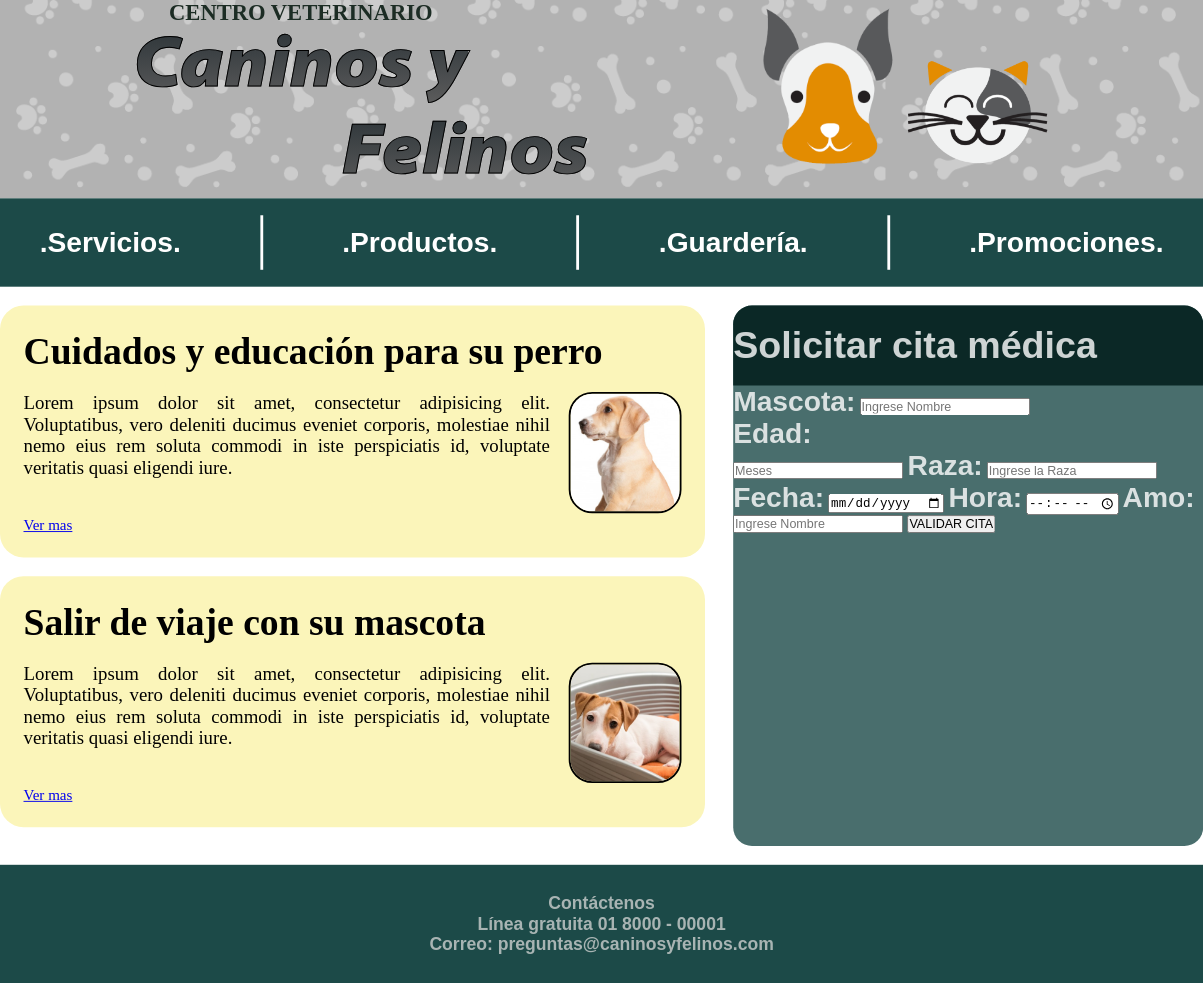
Repository: mariomr87/senaweb01
Page: principal.html
The author's editor kept a copy of each file at every save. The page is drawn from the files as they stood at one save, then again after the next save.
The browser window is 1280 px wide. The pictures show the whole page, at 94% of full size.

Above is the page before, as saved 2021-10-23 13:30:26.

### principal.html
<!DOCTYPE html>
<html lang="en">
<head>
    <meta charset="UTF-8">
    <meta http-equiv="X-UA-Compatible" content="IE=edge">
    <meta name="viewport" content="width=device-width, initial-scale=1.0">
    <link rel="stylesheet" href="estilos.css">
    <title>Document</title>
</head>
<body>
    <div>
        <header>
            <div id="cabecera">
                <div class="header-text">
                    <h3>CENTRO VETERINARIO</h3>
                    <h1><span id="header-text-degrad">Caninos y <br><span id="text-felinos">Felinos</span></spa></h1>
                </div>
                <div class="header-img">
                    <img src="./imagenes/dog_white.png" alt="">
                    <img src="./imagenes/cat_white.png" alt="">
                </div>
            </div>
        </header>
        <nav>
            <td>
                <tr><a href="">.Servicios.</a><span class="linea"></span></tr>
                <tr><a href="">.Productos.</a><span class="linea"></span></tr>
                <tr><a href="">.Guardería.</a><span class="linea"></span></tr>
                <tr><a href="">.Promociones.</a></tr>
            </td>
        </nav>
        <div class="centro-pag">
            <section>
                <article>
                    <h2>Cuidados y educación para su perro</h2>
                    <div class="centropag-texto">
                        <p>Lorem ipsum dolor sit amet, consectetur adipisicing elit. Voluptatibus, vero deleniti ducimus eveniet corporis, molestiae nihil nemo eius rem soluta commodi in iste perspiciatis id, voluptate veritatis quasi eligendi iure.</p>
                        <div><img src="./imagenes/perro1.png" alt=""></div>
                    </div>
                    <a href="#">Ver mas</a>
                </article>
                <article>
                    <h2>Salir de viaje con su mascota</h2>
                    <div class="centropag-texto">
                        <p>Lorem ipsum dolor sit amet, consectetur adipisicing elit. Voluptatibus, vero deleniti ducimus eveniet corporis, molestiae nihil nemo eius rem soluta commodi in iste perspiciatis id, voluptate veritatis quasi eligendi iure.</p>
                        <div><img src="./imagenes/perro2.png" alt=""></div>
                    </div>
                    <a href="#">Ver mas</a>
                </article>
            </section>
            <aside>
                <form action="">
                    <div><h2>Solicitar cita médica</h2></div>
                    <div class="cuestionario">
                        <label for="mascota_name">Mascota:</label>
                        <input type="text" placeholder="Ingrese Nombre" id=""><br>

                        <label for="age_pet">Edad:</label><br>
                        <input type="number" name="" id="" placeholder="Meses">

                        <label for="raza_pet">Raza:</label>
                        <input type="text" name="" id="" placeholder="Ingrese la Raza">

                        <label for="fecha_ingreso_pet">Fecha:</label>
                        <input type="date" name="" id="">

                        <label for="hora_ingreso_pet">Hora:</label>
                        <input type="time" name="" id="">

                        <label for="amo_pet">Amo:</label>
                        <input type="text" name="" id="" placeholder="Ingrese Nombre">

                        <button type="submit">VALIDAR CITA</button>
                    </div>
                </form>
            </aside>
        </div>
        <footer>
            <h3>Contáctenos</h3>
            <h3>Línea gratuita 01 8000 - 00001</h3>
            <h3>Correo: preguntas@caninosyfelinos.com</h3>
        </footer>
    </div>
</body>
</html>

### estilos.css
*{
    margin: 0px;
    padding: 0px;
    box-sizing:border-box;
}

@font-face {
    font-family: Myriad_Pro ;
    src: url(./extra/MyriadProBlackSemiExtendedItalic.otf);
}

h1{
    font-family: Myriad_pro;
}

header div img{
    width: 10em;
}

#cabecera{
    background-image: url("./imagenes/fondo.png");
    background-repeat: initial;
    width: 100%;
    display: flex;
    text-align: center;
}

.header-text,.header-img{
    width:50%;
}

.header-text h3{
    font-size: 1.5em;
    color:#1c2c24;
}

.header-text h1{
    font-size: 4.8em;
}

#header-text-degrad{
    background: linear-gradient(#30373b,#5c5c5c);
    -webkit-background-clip: text;
    -webkit-text-fill-color: transparent;
    -webkit-text-stroke: 1px black;
}

#text-felinos{
    margin-left: 350px;
}

nav{
    display: flex;
    flex-direction: row;
    justify-content: space-around;
    background: #1c4a48;
    margin-bottom: 20px;
}

nav a{
    color: #fff;
    font-weight: bold;
    text-decoration: none;
    font-size: 30px;
    font-family: Arial, Helvetica, sans-serif;
    padding: 30px 0;
}

.linea{
    border-right: 3px solid #fff;
    margin: 18px 0;
}

.centro-pag{
    display: flex;
}

.centropag-texto{
    display: flex;
    padding-top: 20px;
}

section{
    width: 60%;
    margin-right: 30px;
}

article{
    background: #fbf5ba;
    margin-bottom: 20px;
    padding: 25px;
    border-radius: 25px;
}

article h2{
    font-size: 40px;
}

article p{
    font-size: 20px;
    text-align: justify;
    padding-right: 20px;
}

article div img {
    width: 120px;
    border: 2px solid black;
    border-radius: 25px;
}

form  div h2{
    background:#0b2826 ;
    border-radius: 20px 20px 0 0;
    color: #ced4d4;
    font-size: 40px;
    padding: 20px 0;
}

aside{
    font-family: Arial, Helvetica, sans-serif;
    background: #496e6d;
    width: 40%;
    border-radius: 20px;
}

form label{
    font-weight:bold;
    font-size: 30px;
    color: #dae1e1 ;
}

footer{
    text-align: center;
    background: #1c4a48;
    color: #a8b4b3;
    padding: 30px 0;
    font-family: Arial, Helvetica, sans-serif;
    margin-top: 20px;
}

After the next save:
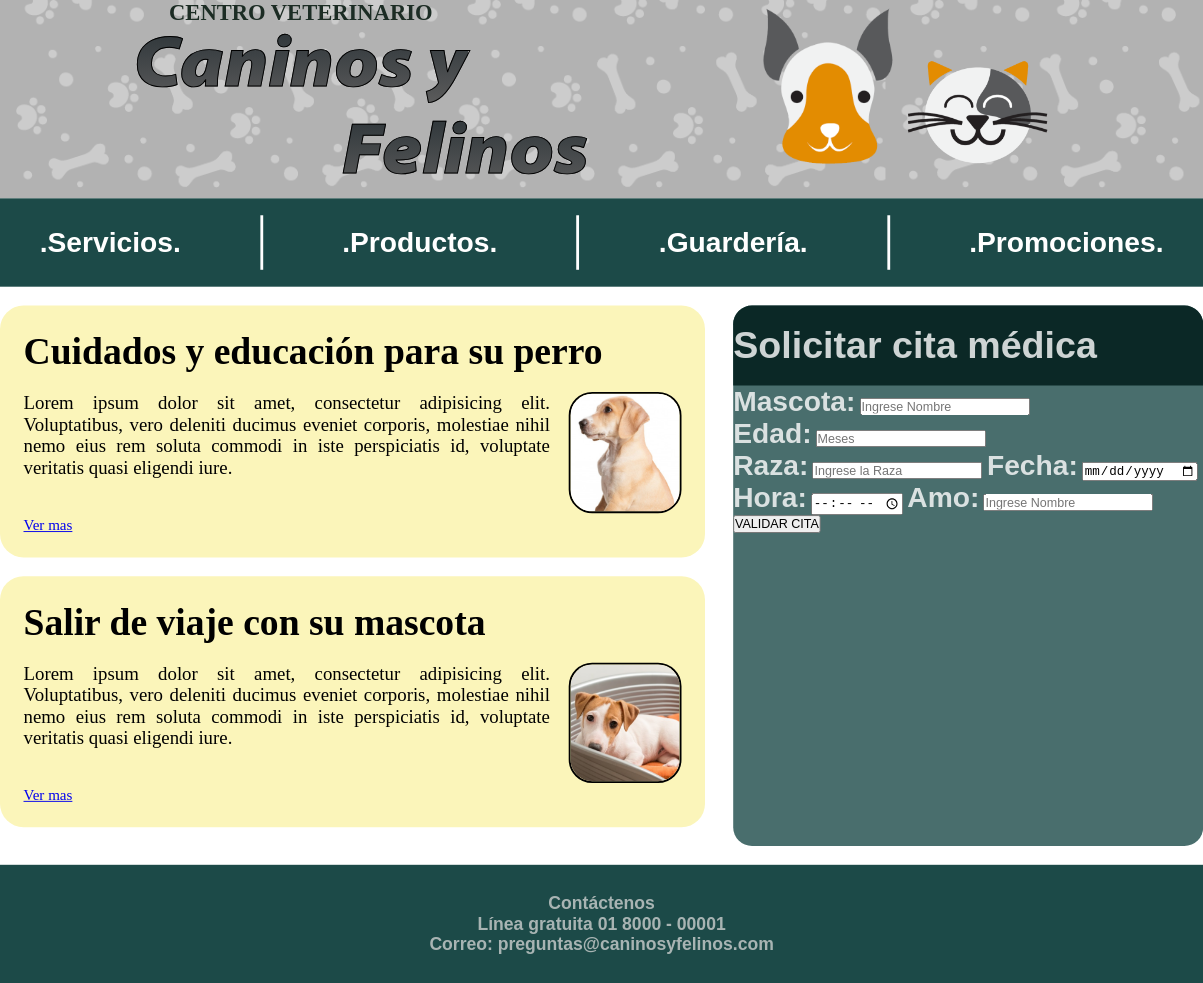
Saved 8 s later.
--- a/principal.html
+++ b/principal.html
@@ -55,8 +55,8 @@
                         <label for="mascota_name">Mascota:</label>
                         <input type="text" placeholder="Ingrese Nombre" id=""><br>
 
-                        <label for="age_pet">Edad:</label><br>
-                        <input type="number" name="" id="" placeholder="Meses">
+                        <label for="age_pet">Edad:</label>
+                        <input type="number" name="" id="" placeholder="Meses"><br>
 
                         <label for="raza_pet">Raza:</label>
                         <input type="text" name="" id="" placeholder="Ingrese la Raza">
